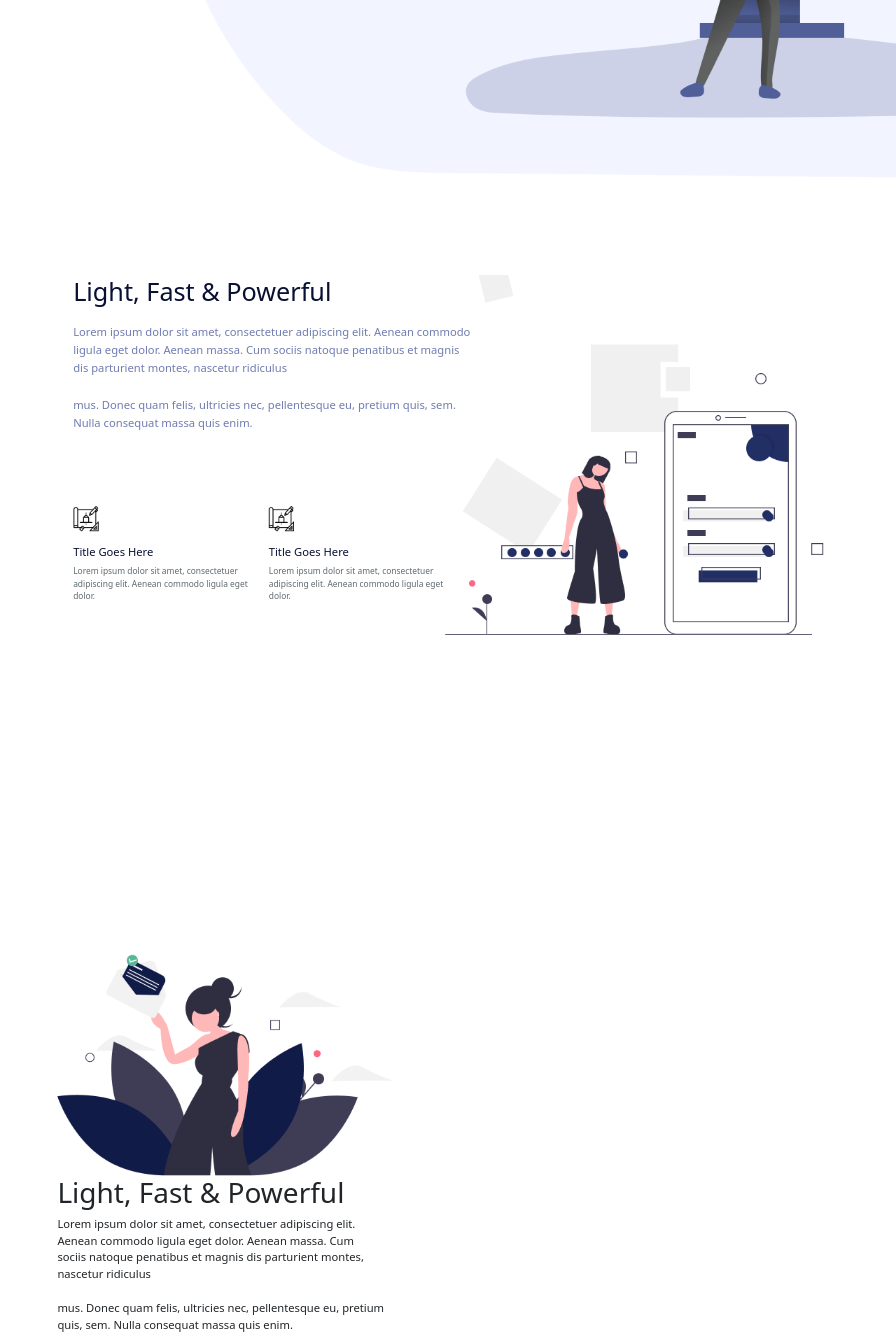
Repository: batonAnton/HW-Lec12-sass-pug
Page: index.html
An editor plug-in stored every save of this project. The page is shown before and after the next save, followed by the edit.
The browser window is 1280 px wide. The pictures show the part of the page from y = 847 to 2767 px (the page is 2767 px tall before and 2527 px after), at 70% of full size.
The style sheet was rebuilt from its Sass, Less or Tailwind sources for each picture, by a compiler version that may differ from the author's.

Above is the page before, as saved 2022-07-29 17:11:43.

### index.html
<!DOCTYPE html>
<html lang="en">
<head>
    <meta charset="UTF-8">
    <meta http-equiv="X-UA-Compatible" content="IE=edge">
    <meta name="viewport" content="width=device-width, initial-scale=1.0">
    <title>HW12 Saas</title>
    <link rel="preconnect" href="https://fonts.googleapis.com">
    <link rel="preconnect" href="https://fonts.gstatic.com" crossorigin>
    <link href="https://fonts.googleapis.com/css2?family=Roboto&display=swap" rel="stylesheet">
    <link href="https://cdn.jsdelivr.net/npm/bootstrap@5.2.0/dist/css/bootstrap.min.css" rel="stylesheet" integrity="sha384-gH2yIJqKdNHPEq0n4Mqa/HGKIhSkIHeL5AyhkYV8i59U5AR6csBvApHHNl/vI1Bx" crossorigin="anonymous">
    <link rel="stylesheet" href="css/style.css">
</head>
<body>
    <header>
        <div class="container">
            <div class="wrapper">
                <nav>
                    <div class="navigation">
                        <ul>
                            <li>
                                <a href="">home</a>
                            </li>
                            <li>
                                <a href="">about</a>
                            </li>
                            <li>
                                <a href="">contact</a>
                            </li>
                        </ul>
                        <div class="logo">
                            <h1>Landie</h1>
                        </div>
                        <div class="button">
                            <button type="button" class="btn btn-menu btn-primary">Buy now</button>
                        </div>
                    </div>
                </nav>

                <div class="leftBlock">
                    <h1>Introduce Your Product <br class="hideBR">
                        Quickly & Effectively
                    </h1>

                    <p>
                        Lorem ipsum dolor sit amet, consectetuer adipiscing elit. Aenean <br class="hideBR"> commodo ligula eget dolor. Aenean massa. Cum sociis natoque <br class="hideBR"> penatibus et magnis dis parturient montes, nascetur ridiculus <br class="hideBR">
                        <br> <br>
                        mus. Donec quam felis, ultricies nec, pellentesque eu, pretium quis, <br class="hideBR"> sem. Nulla consequat massa quis enim.
                    </p>

                    <div class="btn-header">
                        <button type="button" class="btn btn-menu btn-primary">Purchase UI Kit</button>
                        <button type="button" class="btn btn-menu btn-primary">Learn More</button>
                    </div>
                </div>
            </div>
        </div>
    </header>

    <section>
        <div class="container">
            <h1>Light, Fast & Powerful</h1>
            <p>
                Lorem ipsum dolor sit amet, consectetuer adipiscing elit. Aenean commodo <br class="hideBr"> ligula eget dolor. Aenean massa. Cum sociis natoque penatibus et magnis <br class="hideBr"> dis parturient montes, nascetur ridiculus
                <br> <br>
                mus. Donec quam felis, ultricies nec, pellentesque eu, pretium quis, sem. <br class="hideBr"> Nulla consequat massa quis enim.
            </p>

            <div class="smallInfo">
                <div class="block">
                    <img src="./image/section1/Combined Shape.jpg" alt="img">
                    <h2>Title Goes Here</h2>
                    <p>Lorem ipsum dolor sit amet, consectetuer <br class="hideBr"> adipiscing elit. Aenean commodo ligula eget <br class="hideBr">  dolor. </p>
                </div>

                <div class="block">
                    <img src="./image/section1/Combined Shape.jpg" alt="img">
                    <h2>Title Goes Here</h2>
                    <p>Lorem ipsum dolor sit amet, consectetuer <br class="hideBr"> adipiscing elit. Aenean commodo ligula eget <br class="hideBr">  dolor. </p>
                </div>
            </div>
        </div>
    </section>

    <aside>
        <div class="container">
            <div class="rowAside">
                <div class="img-left">
                    <img src="./image/aside/img1.png" alt="img" >
                </div>
                <div class="rightInfo">
                    <h1>Light, Fast & Powerful</h1>
                    <p>
                        Lorem ipsum dolor sit amet, consectetuer adipiscing elit. <br class="hideBr"> Aenean commodo ligula eget dolor. Aenean massa. Cum <br class="hideBr"> sociis natoque penatibus et magnis dis parturient montes, <br class="hideBr"> nascetur ridiculus
                        <br> <br>
                        mus. Donec quam felis, ultricies nec, pellentesque eu, pretium <br class="hideBr"> quis, sem. Nulla consequat massa quis enim.
                    </p>
                </div>
            </div>
        </div>
    </aside>
</body>
</html>

### css/style.scss
$primary-color: #091133;
$primaryFontStyle: Roboto;

@mixin generalStyleMenu(
  $sizeMenu: 14px,
  $lineHeight: 24px,
  $font-color: #505f98
) {
  font-size: $sizeMenu;
  line-height: $lineHeight;
  color: $font-color;
}

body {
  box-sizing: border-box;
}

header {
  width: 100%;
  height: 1160px;
  background-image: url(../image/header/header-bg.png);
  background-position: 100% -20%;
  background-repeat: no-repeat;

  .navigation {
    display: flex;
    justify-content: space-between;
    padding-top: 18px;
    align-items: center;

    ul {
      display: inline-flex;
      li {
        margin-right: 60px;
        list-style: none;
        a {
          text-decoration: none;
          text-transform: capitalize;
          @include generalStyleMenu;
        }
      }
    }
    .logo {
      display: flex;
      justify-content: center;
      margin-left: -235px;
      h1 {
        font-family: $primaryFontStyle;
        font-style: normal;
        font-weight: 900;
        font-size: 26px;
        line-height: 38px;
        color: #37447e;
      }
    }
     .btn-primary{
      font-family: 'Roboto';
      font-style: normal;
      font-weight: 500;
      font-size: 12px;
      line-height: 18px;
      text-transform: capitalize;
      color: #091133;
        background: #E7ECFF;
      border-radius: 2px;
      width: 160px;
      height: 30px;
      border: 1px solid #091133;

    }
    button:hover{
        background-color: #111B47;
        color: #FFFFFF;
        transition: 1s;
    }
  }
//   left-block header
  .leftBlock{
      margin-top: 190px;
      margin-left: 35px;
      h1{
        font-weight: 500;
        font-size: 50px;
        line-height: 66px;
        letter-spacing: 1px;
        color: #091133;
        margin-bottom: 20px;
      }
      p{
        font-style: normal;
        font-weight: 400;
        font-size: 18px;
        line-height: 30px;
        color: #505F98;
        margin-bottom: 69px;
      }

      .btn-primary{
        width: 189px;
        height: 40px;
        border: 2px solid #091133;
        border-radius: 2px;
        font-style: normal;
        font-weight: 500;
        font-size: 16px;
        line-height: 26px;
        color: #091133;
        background: #E7ECFF;
        margin-right: 30px;
      }
      button:hover{
          background-color: #111B47;
          color: #FFFFFF;
          transition: 1s;
      }
  }
}
// section

section{
    margin-top: 80px ;
    height: 740px;
    margin-left: 45px;
    margin-bottom: 230px;
    background-image: url(../image/section1/section-bg.png);
    background-position: 85% -5%;
    background-repeat: no-repeat;
    h1{
        // font-family: 'Roboto';
        font-style: normal;
        font-weight: 500;
        font-size: 36px;
        line-height: 48px;
        color: #091133;
        margin-bottom: 20px;
    }
    p{
        font-style: normal;
        font-weight: 400;
        font-size: 16px;
        line-height: 26px;
        color: #6F7CB2;
    }
    .smallInfo{
        margin-top: 90px;
        display: inline-flex;
        h2{
            font-style: normal;
            font-weight: 500;
            font-size: 16px;
            line-height: 26px;
            color: #091133;
            margin: 16px 0px 6px 0px;
        }
        p{
            font-weight: 400;
            font-size: 12px;
            line-height: 18px;
            color: #5D6970;
        }
        .block{
            margin-right: 30px;

        }
    }
}

After the next save:
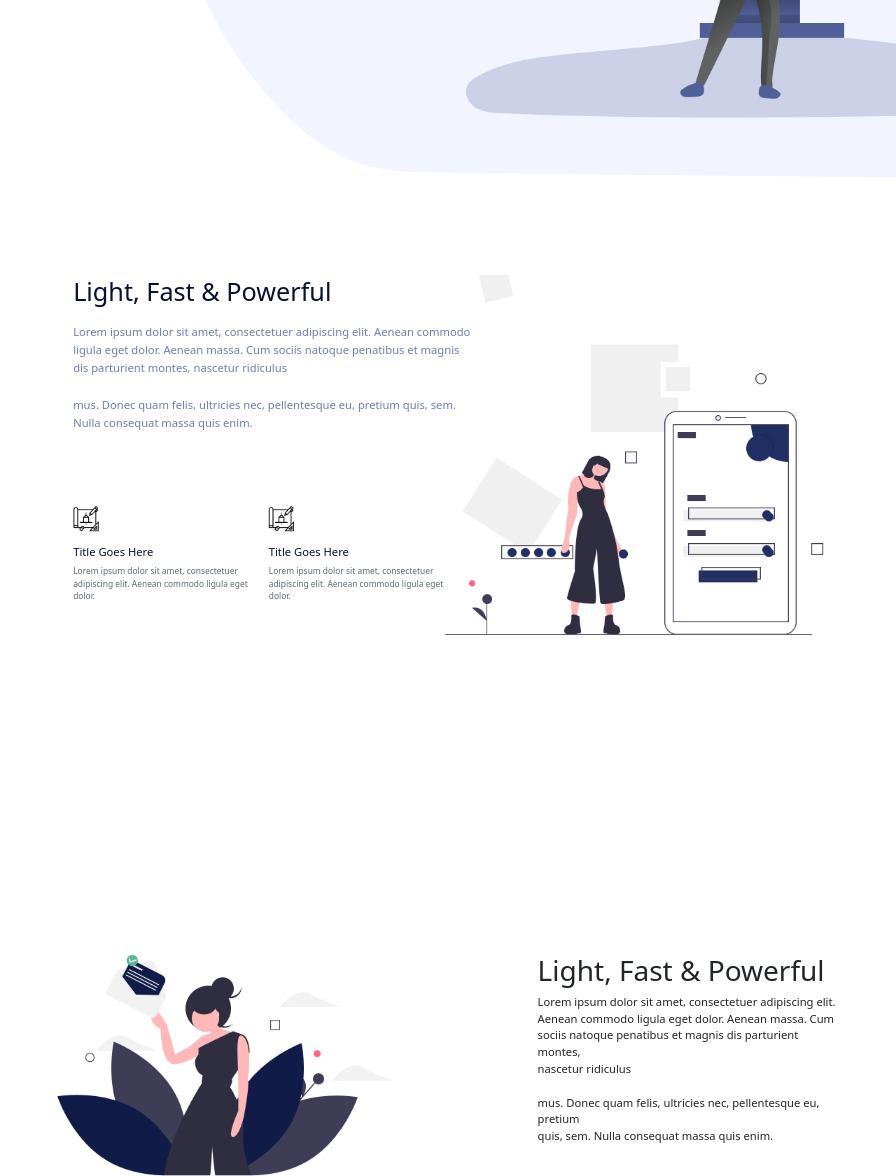
Saved 2 min 13 s later.
--- a/css/style.scss
+++ b/css/style.scss
@@ -164,3 +164,14 @@ section{
         }
     }
 }
+
+aside{
+    margin-left: 45px;
+    margin-right: 45px;
+    .rowAside{
+        display: inline-flex;
+        .img-left{
+            margin-right:206px;
+        }
+    }
+}
